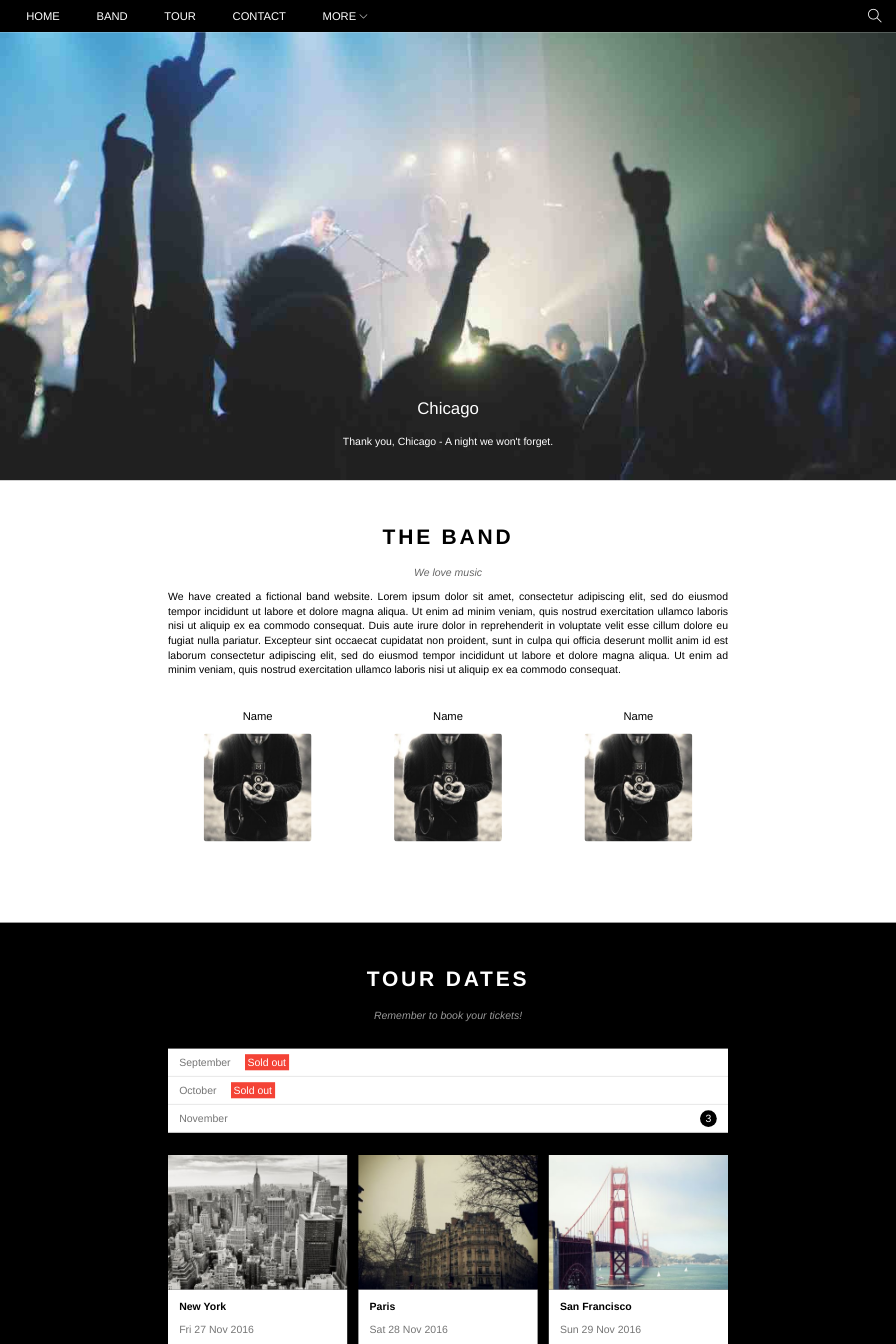
Repository: phongngotrong/w3school_reup
Page: index.html
An editor plug-in stored every save of this project. The page is shown before and after the next save, followed by the edit.
The browser window is 1280 px wide. The pictures show the part of the page from y = 0 to 1920 px (the page is 3497 px tall), at 70% of full size.

Above is the page before, as saved 2022-01-19 18:06:06.

### index.html
<!DOCTYPE html>
<html lang="en">
  <head>
    <meta charset="UTF-8" />
    <meta http-equiv="X-UA-Compatible" content="IE=edge" />
    <meta name="viewport" content="width=device-width, initial-scale=1.0" />
    <title>W3.CSS Template</title>
    <link rel="icon" href="https://play-lh.googleusercontent.com/i-ij7KM2pFUUpFE31QAUDXg5mzGFNbm16S4tjmg2ZyuhCGLgNJ8oXJRbq7ysh6LoZg" type="image/x-icon" />
    <link rel="stylesheet" href="./assets/css/style.css" />
    <link rel="stylesheet" href="./assets/fonts/themify-icons/themify-icons.css">
  </head>
  <body>
    <div id="main">
      <div id="header">
        <!--Begin: Nav-->
        <ul id="nav">#
          <li><a href="#">Home</a></li>
          <li><a href="#band">Band</a></li>
          <li><a href="#tour">Tour</a></li>
          <li><a href="#contact">Contact</a></li>
          <li>
            <a href="">
              More
              <i class="nav-arrow-down ti-angle-down"></i>
            </a>
            <ul class="subnav">
              <ul>
                <li><a href="#">Merchandise</a></li>
                <li><a href="#">Extras</a></li>
                <li><a href="#">Media</a></li>
              </ul>
            </ul>
          </li>
        </ul>
        <!--End: Nav-->

        <!--Begin: Search-->
        <div class="search-btn">
          <i class="search-icon ti-search"></i>
        </div>
        <!--End: Search-->
      </div>

      <div id="slider">
        <div class="text-content">
          <h2 class="text-heading">Chicago</h2>
          <div class="text-description">
            Thank you, Chicago - A night we won't forget.
          </div>
        </div>
      </div>

      <div id="content">
        <!--content section-->
        <div id="band" class="content-section">
          <h2 class="section-heading">THE BAND</h2>
          <p class="section-sub-heading">We love music</p>
          <p class="about-text">
            We have created a fictional band website. Lorem ipsum dolor sit
            amet, consectetur adipiscing elit, sed do eiusmod tempor incididunt
            ut labore et dolore magna aliqua. Ut enim ad minim veniam, quis
            nostrud exercitation ullamco laboris nisi ut aliquip ex ea commodo
            consequat. Duis aute irure dolor in reprehenderit in voluptate velit
            esse cillum dolore eu fugiat nulla pariatur. Excepteur sint occaecat
            cupidatat non proident, sunt in culpa qui officia deserunt mollit
            anim id est laborum consectetur adipiscing elit, sed do eiusmod
            tempor incididunt ut labore et dolore magna aliqua. Ut enim ad minim
            veniam, quis nostrud exercitation ullamco laboris nisi ut aliquip ex
            ea commodo consequat.
          </p>
          <div class="row list-member">
            <!--member1-->
            <div class="col col-third text-center">
              <p class="member-name">Name</p>
              <img
                src="./assets/img/member.jpg"
                alt="Name"
                class="avt-member"
              />
            </div>

            <!--member2-->
            <div class="col col-third text-center">
              <div class="member-name">Name</div>
              <img
                src="./assets/img/member.jpg"
                alt="Name"
                class="avt-member"
              />
            </div>
            <!--member3-->

            <div class="col col-third text-center">
              <div class="member-name">Name</div>
              <img
                src="./assets/img/member.jpg"
                alt="Name"
                class="avt-member"
              />
            </div>
            <!-- <div class="clear"></div> -->
          </div>
        </div>
        <!--tour section-->
        <div id="tour" class="tour-section">
          <div class="content-section">
            <h2 class="section-heading text-white">TOUR DATES</h2>
            <p class="section-sub-heading text-white">
              Remember to book your tickets!
            </p>
            <!-- tickets -->
            <ul class="tickets-list">
              <li>September <span class="sold-out">Sold out</span></li>
              <li>October <span class="sold-out">Sold out</span></li>
              <li>November <span class="quantity">3</span></li>
            </ul>
            <div class="row places-list">
              <!-- place1 -->
              <div class="col col-third">
                <img
                  src="./assets/img/newyork.jpg"
                  alt="New York"
                  class="place-img"
                />
                <div class="places-body">
                  <h3 class="places-heading">New York</h3>
                  <p class="places-time">Fri 27 Nov 2016</p>
                  <p class="place-description">
                    Praesent tincidunt sed tellus ut rutrum sed vitae justo.
                  </p>
                  <button class="btn js-buy-ticket">Buy Tickets</button>
                </div>
              </div>
              <!-- place2 -->

              <div class="col col-third">
                <img
                  src="./assets/img/paris.jpg"
                  alt="New York"
                  class="place-img"
                />
                <div class="places-body">
                  <h3 class="places-heading">Paris</h3>
                  <p class="places-time">Sat 28 Nov 2016</p>
                  <p class="place-description">
                    Praesent tincidunt sed tellus ut rutrum sed vitae justo.
                  </p>
                  <button class="btn js-buy-ticket">Buy Tickets</button>
                </div>
              </div>
              <!-- place3 -->

              <div class="col col-third">
                <img
                  src="./assets/img/sanfran.jpg"
                  alt="New York"
                  class="place-img"
                />
                <div class="places-body">
                  <h3 class="places-heading">San Francisco</h3>
                  <p class="places-time">Sun 29 Nov 2016</p>
                  <p class="place-description">
                    Praesent tincidunt sed tellus ut rutrum sed vitae justo.
                  </p>
                  <button class="btn js-buy-ticket">Buy Tickets</button>
                </div>
              </div>
              <!-- <div class="clear"></div> -->
            </div>
          </div>
        </div>

        <!-- Begin: contact section-->
        <div id="contact" class="content-section">
          <h2 class="section-heading">CONTACT</h2>
          <p class="section-sub-heading">Fan? Drop a note!</p>

          <div class="row contact-content">
            <div class="col col-half contact-info">
              <p><i class="ti-location-pin"></i>Chicago, US</p>
              <p><i class="ti-mobile"></i>Phone: +00 151515</p>
              <p><i class="ti-email"></i>Email: mail@mail.com</p>
            </div>
            <div class="col col-half contact-form">
              <form action="">
                <div class="row">
                  <div class="col col-half">
                      <input type="text" name="" required placeholder="Name" id="" class="form-control">
                  </div>
                  <div class="col col-half">
                    <input type="email" name="" required placeholder="Email" id="" class="form-control">
                </div>
                </div>
                <div class="row mt-8">
                  <div class="col col-full">
                    <input type="text" name="" required placeholder="Message" id="" class="form-control">
                </div>
                </div>
                <input class="btn pull-right mt-16" type="submit" value="SEND">
              </form>
            </div>
          </div>
        </div>
        <!-- End: contact section-->
        <div class="map-section">
          <img src="./assets/img/map.jpg" alt="Map">
        </div>
      </div>

      <div id="footer">
        <div class="social-list">
          <a href=""><i class="ti-facebook"></i></a>
          <a href=""><i class="ti-instagram"></i></a>
          <a href=""><i class="ti-github"></i></a>
          <a href=""><i class="ti-pinterest"></i></a>
          <a href=""><i class="ti-twitter-alt"></i></a>
          <a href=""><i class="ti-linkedin"></i></a>
        </div>
        <div class="Copyright">Powered by <a href="">w3.css</a></div>
      </div>
    </div>

    <div class="modal js-modal">
      <div class="modal-container js-modal-container">
        <div class="modal-close js-modal-close">
          <i class="ti-close"></i>
        </div>
        <header class="modal-header">
          <i class="icon-ti-bag-header ti-bag"></i>
          Tickets
        </header>

        <div class="modal-body">
          <label for="tickets-quantity" class="modal-label">
            <i class="ti-shopping-cart"></i>
            Tickets, $15 per person
          </label>
          <input
            id="tickets-quantity"
            type="text"
            class="modal-input"
            placeholder="How many?"
          />

          <label for="tickets-email" class="modal-label">
            <i class="ti-user"></i>
            Send To
          </label>
          <input
            id="tickets-email"
            type="email"
            class="modal-input"
            placeholder="Enter email "
          />

          <button id="buy-tickets">
            PAY<i class="icon-ti-check-footer ti-check"></i>
          </button>
        </div>

        <footer class="modal-footer">
          <p class="modal-help">Need <a href="">help?</a></p>
        </footer>
      </div>
    </div>

    <script>
      const buyBtns = document.querySelectorAll('.js-buy-ticket')
      const modal = document.querySelector('.js-modal')
      const modalContainer = document.querySelector('.js-modal-container')
      const modalClose = document.querySelector('.js-modal-close')

      // hàm hiển thị modal mua vé(thêm class open vào modal)
      function showBuyTickets() {
        modal.classList.add('open')
      }

      // hàm ẩn modal mua vé(gỡ bỏ class open của modal)
      function hideBuyTickets() {
        modal.classList.remove('open')
      }

      // lặp qua từng thẻ button và nghe hành vi click
      for(const buyBtn of buyBtns) {
        buyBtn.addEventListener('click', showBuyTickets)
      }

      // nghe hành vi click vào button close
      modalClose.addEventListener('click', hideBuyTickets)

      modal.addEventListener('click', hideBuyTickets)

      modalContainer.addEventListener('click', function(event){
        event.stopPropagation()
      })

    </script>
  </body>
</html>

### assets/css/style.css
/* Reset CSS */

* {
  padding: 0;
  margin: 0;
  box-sizing: border-box;
}

html {
  font-family: Helvetica, Arial, sans-serif;
  scroll-behavior: smooth;
}
/*
  -Từ trên xuống dưới
  -Từ ngoài vào trong
  -Tổng quan đến chi tiết
  */

/*
  1. Vi tri
  2. Kich thuoc
  3. Mau sac
  4. Kieu dang (kieu chu, hinh tron, vuong...)
  */

/* Common */
.text-center {
  text-align: center !important;
}

.row {
  margin-left: -8px;
  margin-right: -8px;
}

/* Tạo element giả */
.row::after {
  content: "";
  display: block;
  clear: both;
}
/*.................*/

.col {
  float: left;
  padding-left: 8px;
  padding-right: 8px;
}

.col-full {
  width: 100%;
}

.col-half {
  width: 50%;
}

.col-third {
  width: 33.33333%;
}

.pull-right {
  float: right;
}

.btn {
  background-color: #000;
  color: #fff;
  text-decoration: none;
  display: inline-block;
  padding: 11px 16px;
  margin-top: 15px;
  padding-top: 16px;
  cursor: pointer;
  border: none;
}

.btn:hover {
  background-color: #ccc;
  color: #000;
}

.mt-8 {
  margin-top: 8px !important;
}

.mt-16 {
  margin-top: 16px !important;
}

.clear {
  clear: both;
}

/* .row::after {
    clear: both;
    display: block;
    content: "";
  } */

.text-white {
  color: #fff !important;
}

/* Main */
#main {
}

#header {
  position: fixed;
  top: 0;
  left: 0;
  right: 0;
  height: 46px;
  background-color: #000;
  z-index: 1;
}

#nav {
  display: inline-block;
}

li {
  list-style-type: none;
}

#nav > li {
  display: inline-block;
}

#nav li {
  position: relative;
}

#nav > li > a {
  color: #fff;
  text-transform: uppercase;
}

#nav li a {
  text-decoration: none;
  line-height: 46px;
  padding: 0 24px;
  display: block;
}

#nav li:hover .subnav {
  display: block;
}

#nav > li:hover > a,
#nav .subnav li:hover a {
  color: #000;
  background-color: #ccc;
}

#nav .subnav {
  display: none;
  min-width: 160px;
  position: absolute;
  background-color: #fff;
  box-shadow: 0 0 10px rgba(0, 0, 0, 0.3);
}

#nav .subnav a {
  color: #000;
  padding: 0 12px;
  line-height: 38px;
}

#nav .nav-arrow-down {
  font-size: 12px;
}

#header .search-btn {
  float: right;
  padding: 0 20px;
  cursor: pointer;
}

#header .search-btn:hover {
  background-color: #f44336;
}

#header .search-icon {
  color: #fff;
  font-size: 20px;
  line-height: 46px;
}

#slider {
  position: relative;
  margin-top: 46px;
  padding-top: 50%;
  background: url("/assets/img/slider.jpg") top center / cover no-repeat;
}

#slider .text-content {
  position: absolute;
  bottom: 47px;
  color: #fff;
  width: 100%;
  text-align: center;
}

#slider .text-heading {
  font-weight: 500;
  font-size: 24px;
}

#slider .text-description {
  font-size: 15px;
  margin-top: 25px;
}

#content {
}

#content .content-section {
  width: 800px;
  padding: 64px 0 112px;
  margin-right: auto;
  margin-left: auto;
}

#content .section-heading {
  text-align: center;
  font-size: 30px;
  letter-spacing: 4px;
}

#content .section-sub-heading {
  font-size: 15px;
  text-align: center;
  margin-top: 25px;
  font-style: italic;
  opacity: 0.6;
}

#content .about-text {
  font-size: 15px;
  margin-top: 15px;
  text-align: justify;
  line-height: 1.4;
}

#content .member-name {
  font-size: 16px;
}

#content .list-member {
  margin-top: 48px;
  /* margin-bottom: 48px;
    overflow: hidden;  */
}

/* #content .item-member {
    float: left;
    width: 33.33333%;
    text-align: center;
  } */

#content .avt-member {
  margin-top: 15px;
  width: 154px;
  border-radius: 4px;
}

/* tour section */
.tour-section {
  background-color: #000;
}
.tickets-list {
  background-color: #fff;
  margin-top: 40px;
  list-style: none;
}

.tickets-list li {
  color: #757575;
  font-size: 15px;
  padding: 11px 16px;
  border-bottom: 1px solid #ddd;
}

.tickets-list .sold-out {
  background-color: #f44336;
  color: #fff;
  padding: 3px 4px;
  margin-left: 16px;
}

.tickets-list .quantity {
  float: right;
  width: 24px;
  height: 24px;
  background-color: #000;
  color: #fff;
  border-radius: 50%;
  line-height: 24px;
  text-align: center;
  margin-top: -3px;
}

/* Places */
.places-list {
  margin-top: 32px;
}

/* .places-item {
    float: left;
    width: 33.33333%;
    padding: 0 8px;
  } */

.place-img {
  width: 100%;
  display: block;
}

.place-img:hover {
  opacity: 0.6;
}

.places-body {
  padding: 16px;
  font-size: 15px;
  background-color: #fff;
}

.places-heading {
  font-size: 15px;
}

.places-time {
  padding-top: 15px;
  color: #757575;
}

.place-description {
  padding-top: 15px;
  line-height: 1.4;
}

.modal {
  position: fixed;
  top: 0;
  bottom: 0;
  right: 0;
  left: 0;
  background-color: rgba(0, 0, 0, 0.4);
  display: none;
  align-items: center;
  justify-content: center;
}

.modal.open {
  display: flex;
}

.modal-container {
  background-color: #fff;
  width: 900px;
  min-height: 200px;
  position: relative;
  max-width: calc(100% -32px);
  animation: modalFadeIn ease 0.4s;
}

.modal-header {
  background-color: #009688;
  color: #fff;
  height: 130px;
  font-size: 30px;
  display: flex;
  align-items: center;
  justify-content: center;
  letter-spacing: 4px;
}

.modal-close:hover {
  background-color: #ccc;
  color: #000;
}

.modal-close {
  position: absolute;
  right: 0;
  top: 0;
  padding: 16px;
  font-size: 12px;
  color: #fff;
  cursor: pointer;
}

.icon-ti-bag-header {
  margin-right: 16px;
}

.modal-body {
  padding: 16px;
}

.modal-label {
  display: block;
  font-size: 15px;
  margin-bottom: 12px;
}

.modal-input {
  border: 1px solid #ccc;
  width: 100%;
  padding: 10px;
  font-size: 15px;
  margin-bottom: 24px;
}

#buy-tickets:hover {
  background-color: #ccc;
  color: #000;
}

#buy-tickets {
  background-color: #009688;
  width: 100%;
  padding: 18px;
  color: #fff;
  border: none;
  text-transform: uppercase;
  font-size: 15px;
  cursor: pointer;
}

.modal-footer {
  padding: 16px;
  text-align: right;
}

.modal-footer a {
  color: #2196f3;
}

/* Contact */
.contact-content {
  margin-top: 48px;
}

.contact-info {
  font-size: 18px;
  line-height: 1.5;
}

.contact-info i[class*="ti-"] {
  width: 30px;
  display: inline-block;
}

.contact-form {
  font-size: 15px;
}

.contact-form .form-control {
  padding: 10px;
  border: 1px solid #ccc;
  width: 100%;
}

/* .contact-form .form-submit-btn {
  background: #000;
  color: #fff;
  border: 1px solid #000;
  padding: 10px 16px;
  float: right;
} */

/* .form-submit-btn:hover {
  background: #ccc;
  color: #000;
  border: none;
  cursor: pointer;
} */

/* Map section */
.map-section img {
  width: 100%;
  filter: grayscale(50%);
}

/* footer section */

#footer {
  padding: 64px 16px;
  text-align: center;
}

#footer .social-list {
  font-size: 20px;
}

#footer .Copyright {
  font-size: 15px;
  margin-top: 15px;
  color: rgba(0, 0, 0, 0.6);
}

#footer .Copyright a {
  color: rgba(0, 0, 0, 0.6);
}

#footer .social-list a {
  color: rgba(0, 0, 0, 0.6);
  text-decoration: none;
}

#footer .social-list a:hover {
  color: rgba(0, 0, 0, 0.4);
}

/* Tạo hoạt ảnh  */
@keyframes modalFadeIn {
  from {
    opacity: 0;
    transform: translateY(-140px);
  }
  to {
    opacity: 1;
    transform: translateY(0);
  }
}

### assets/css/responsive.css
/* Tablet: width >= 740px and < 1024px */
@media only screen and (min-width: 46.25em) and (max-width: 63.9375em) {
}

/* PC: width >= 1024px */
@media only screen and (min-width: 64em) {
}

/* Mobile: width < 740px */
@media only screen and (max-width: 46.1875em) {
  #nav {
    display: block;
  }

  #nav > li {
    display: block;
    margin-bottom: 16px;
    margin-top: -16px;
  }

  #nav > li:first-child {
    display: inline-block;
  }

  #header .search-btn {
    display: none;
  }

  #header .mobile-menu-btn {
    display: block;
  }
}

Loaded but not shown: assets/fonts/themify-icons/themify-icons.css (common file)

After the next save:
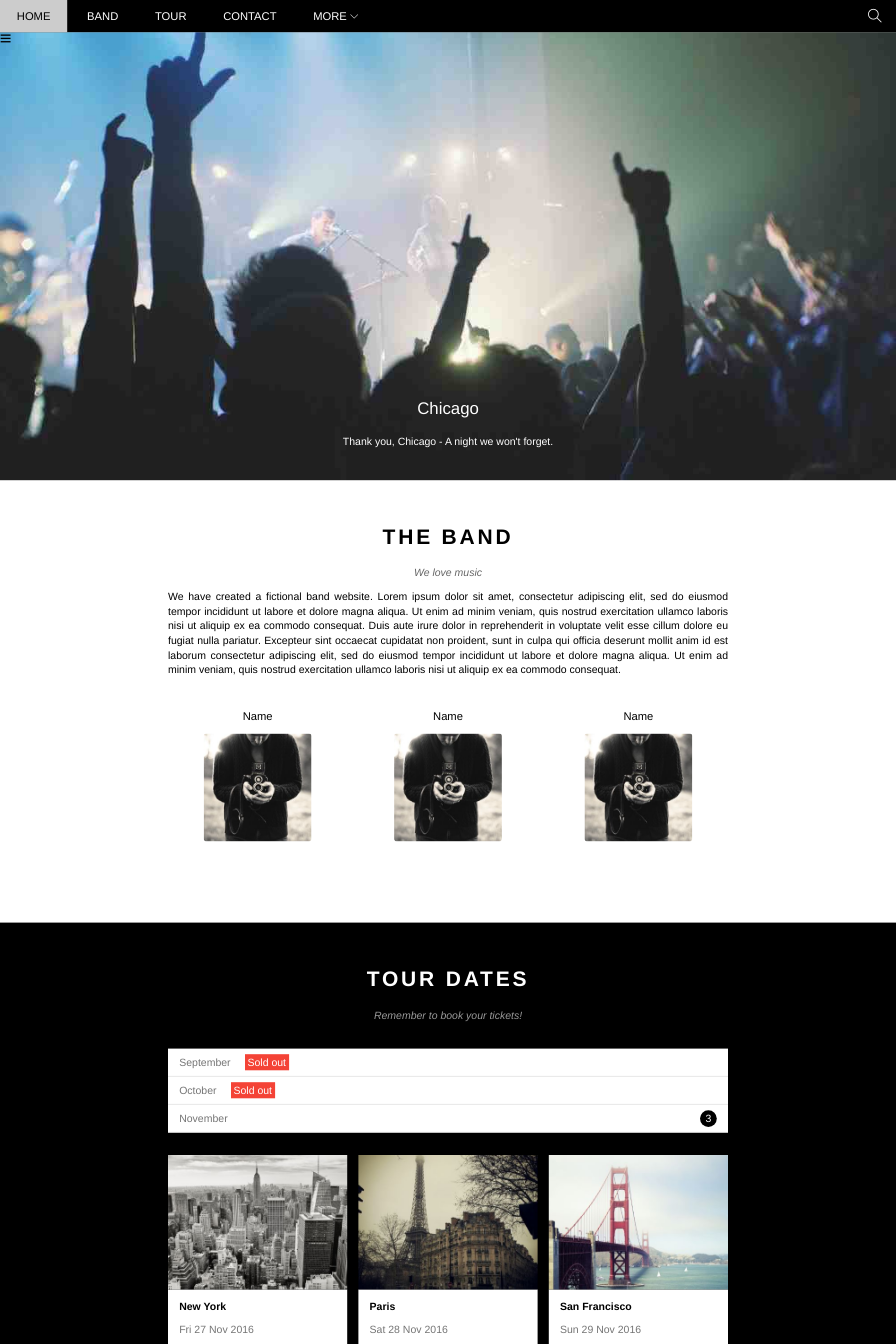
Saved 2 h 36 min later.
--- a/index.html
+++ b/index.html
@@ -7,19 +7,20 @@
     <title>W3.CSS Template</title>
     <link rel="icon" href="https://play-lh.googleusercontent.com/i-ij7KM2pFUUpFE31QAUDXg5mzGFNbm16S4tjmg2ZyuhCGLgNJ8oXJRbq7ysh6LoZg" type="image/x-icon" />
     <link rel="stylesheet" href="./assets/css/style.css" />
+    <link rel="stylesheet" href="./assets/css/responsive.css" />
     <link rel="stylesheet" href="./assets/fonts/themify-icons/themify-icons.css">
   </head>
   <body>
     <div id="main">
       <div id="header">
         <!--Begin: Nav-->
-        <ul id="nav">#
+        <ul id="nav">
           <li><a href="#">Home</a></li>
           <li><a href="#band">Band</a></li>
           <li><a href="#tour">Tour</a></li>
           <li><a href="#contact">Contact</a></li>
           <li>
-            <a href="">
+            <a href="#">
               More
               <i class="nav-arrow-down ti-angle-down"></i>
             </a>
@@ -37,6 +38,10 @@
         <!--Begin: Search-->
         <div class="search-btn">
           <i class="search-icon ti-search"></i>
+        </div>
+
+        <div id="mobile-menu" class="mobile-menu-btn">
+          <i class="menu-icon ti-menu"></i>
         </div>
         <!--End: Search-->
       </div>
@@ -295,5 +300,31 @@
       })
 
     </script>
+
+    <script>
+      var header = document.getElementById('header');
+      var mobileMenu = document.getElementById('mobile-menu');
+      var headerHeight = header.clientHeight;
+
+      // Đóng/mở mobile menu
+      mobileMenu.onclick = function() {
+        var isClosed = header.clientHeight === headerHeight;
+        if(isClosed) {
+          header.style.height = 'auto';
+        } else {
+          header.style.height = null;
+        }
+      }
+
+      // Tự động đóng khi chọn menu
+      var menuItems = document.querySelectorAll('#nav li a[href*="#"]');
+      for(var i=0; i<menuItems.length; i++) {
+        var menuItem = menuItems[i];
+        menuItem.onclick = function() {
+          header.style.height = null;
+        }
+      }
+
+    </script>
   </body>
 </html>
